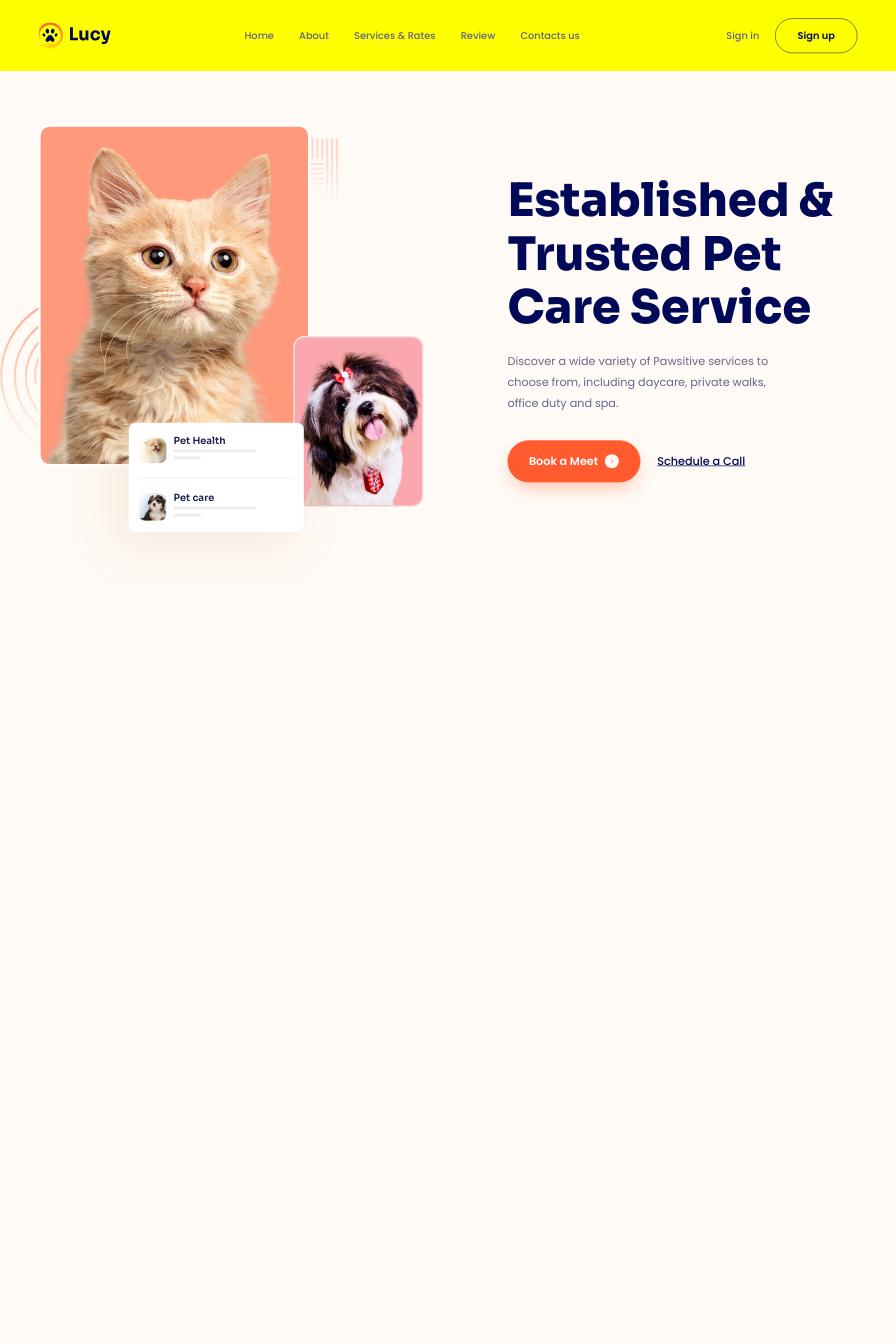
Repository: anhtien111198/f8-htmlcss-04
Page: index.html
These files come from the project's save history. The page is drawn as it stood at one moment and after the next save; the edit follows.
The browser window is 1280 px wide. The pictures show the part of the page from y = 0 to 1920 px (the page is 5000 px tall), at 70% of full size.

Above is the page before, as saved 2023-05-17 12:24:21.

### index.html
<!DOCTYPE html>
<html lang="en">
    <head>
        <meta charset="UTF-8" />
        <meta http-equiv="X-UA-Compatible" content="IE=edge" />
        <meta name="viewport" content="width=device-width, initial-scale=1.0" />
        <title>Lucy - Established &amp Trusted Pet Care Service</title>
        <!-- favicon -->
        <link
            rel="apple-touch-icon"
            sizes="57x57"
            href="./assets/favicon/apple-icon-57x57.png"
        />
        <link
            rel="apple-touch-icon"
            sizes="60x60"
            href="./assets/favicon/apple-icon-60x60.png"
        />
        <link
            rel="apple-touch-icon"
            sizes="72x72"
            href="./assets/favicon/apple-icon-72x72.png"
        />
        <link
            rel="apple-touch-icon"
            sizes="76x76"
            href="./assets/favicon/apple-icon-76x76.png"
        />
        <link
            rel="apple-touch-icon"
            sizes="114x114"
            href="./assets/favicon/apple-icon-114x114.png"
        />
        <link
            rel="apple-touch-icon"
            sizes="120x120"
            href="./assets/favicon/apple-icon-120x120.png"
        />
        <link
            rel="apple-touch-icon"
            sizes="144x144"
            href="./assets/favicon/apple-icon-144x144.png"
        />
        <link
            rel="apple-touch-icon"
            sizes="152x152"
            href="./assets/favicon/apple-icon-152x152.png"
        />
        <link
            rel="apple-touch-icon"
            sizes="180x180"
            href="./assets/favicon/apple-icon-180x180.png"
        />
        <link
            rel="icon"
            type="image/png"
            sizes="192x192"
            href="./assets/favicon/android-icon-192x192.png"
        />
        <link
            rel="icon"
            type="image/png"
            sizes="32x32"
            href="./assets/favicon/favicon-32x32.png"
        />
        <link
            rel="icon"
            type="image/png"
            sizes="96x96"
            href="./assets/favicon/favicon-96x96.png"
        />
        <link
            rel="icon"
            type="image/png"
            sizes="16x16"
            href="./assets/favicon/favicon-16x16.png"
        />
        <link rel="manifest" href="./assets/favicon/manifest.json" />
        <meta name="msapplication-TileColor" content="#ffffff" />
        <meta
            name="msapplication-TileImage"
            content="./assets/favicon/ms-icon-144x144.png"
        />
        <meta name="theme-color" content="#ffffff" />
        <!-- reset css-->
        <link rel="stylesheet" href="./assets/css/reset.css" />
        <!-- Embed font family-->
        <link rel="preconnect" href="https://fonts.googleapis.com" />
        <link rel="preconnect" href="https://fonts.gstatic.com" crossorigin />
        <link
            href="https://fonts.googleapis.com/css2?family=Poppins:wght@300;400;500;600&family=Sora:wght@400;500;600;700;800&display=swap"
            rel="stylesheet"
        />
        <!-- style css -->
        <link rel="stylesheet" href="./assets/css/style.css" />
    </head>
    <body style="height: 5000px">
        <!-- header -->
        <header class="header">
            <div class="container">
                <div class="header__inner">
                    <!-- logo -->
                    <img src="./assets/images/logo.svg" alt="" class="logo" />
                    <!-- navbar -->
                    <nav class="navbar">
                        <ul class="navbar__list">
                            <li class="navbar__item">
                                <a href="#!" class="navbar__link">Home</a>
                            </li>
                            <li class="navbar__item">
                                <a href="#!" class="navbar__link">About</a>
                            </li>
                            <li class="navbar__item">
                                <a href="#!" class="navbar__link">
                                    Services &amp Rates
                                </a>
                            </li>
                            <li class="navbar__item">
                                <a href="#!" class="navbar__link">Review</a>
                            </li>
                            <li class="navbar__item">
                                <a href="#!" class="navbar__link">
                                    Contacts us
                                </a>
                            </li>
                        </ul>
                    </nav>
                    <!-- header action -->
                    <div class="header-action">
                        <a href="#!" class="header-action__link">Sign in</a>
                        <a href="#!" class="header-action__btn btn">Sign up</a>
                    </div>
                </div>
            </div>
        </header>
        <!-- hero -->
        <section class="hero">
            <div class="container">
                <div class="hero__inner">
                    <!-- hero media -->
                    <div class="hero__media">
                        <div class="hero__img-wrap">
                            <img
                                src="./assets/images/pet-01.png"
                                alt=""
                                class="hero__img"
                            />
                            <!-- decorators -->
                            <img
                                src="./assets/images/decor-01.svg"
                                alt=""
                                class="hero__decor hero__decor-left"
                            />
                            <img
                                src="./assets/images/decor-02.svg"
                                alt=""
                                class="hero__decor hero__decor-right"
                            />
                        </div>
                        <div class="hero__img-wrap hero__img-wrap-small">
                            <img
                                src="./assets/images/pet-02.png"
                                alt=""
                                class="hero__img hero__img-small"
                            />
                        </div>
                        <div class="hero__list">
                            <section class="hero-list-item">
                                <img
                                    src="./assets/images/pet-03.png"
                                    alt=""
                                    class="hero-list-item__thumb"
                                />
                                <div class="hero-list-item__info">
                                    <p class="hero-list-item__title">
                                        Pet Health
                                    </p>
                                    <div class="hero-list-item__skeleton"></div>
                                    <div class="hero-list-item__skeleton"></div>
                                </div>
                            </section>
                            <div class="hero-list-item__separate"></div>
                            <section class="hero-list-item">
                                <img
                                    src="./assets/images/pet-04.png"
                                    alt=""
                                    class="hero-list-item__thumb"
                                />
                                <div class="hero-list-item__info">
                                    <p class="hero-list-item__title">
                                        Pet care
                                    </p>
                                    <div class="hero-list-item__skeleton"></div>
                                    <div class="hero-list-item__skeleton"></div>
                                </div>
                            </section>
                        </div>
                    </div>
                    <!-- hero content -->
                    <section class="hero__content">
                        <h1 class="hero__heading">
                            Established &amp Trusted Pet Care Service
                        </h1>
                        <p class="hero__desc">
                            Discover a wide variety of Pawsitive services to
                            choose from, including daycare, private walks,
                            office duty and spa.
                        </p>
                        <div class="hero__row">
                            <a href="#!" class="btn btn--primary hero__cta-btn">
                                Book a Meet
                                <span class="btn__icon">
                                    <svg
                                        width="5"
                                        height="6"
                                        viewBox="0 0 5 6"
                                        fill="none"
                                        xmlns="http://www.w3.org/2000/svg"
                                    >
                                        <path
                                            d="M1.48584 0.5L3.98584 3L1.48584 5.5"
                                            stroke="#FD5056"
                                            stroke-linecap="round"
                                            stroke-linejoin="round"
                                        />
                                    </svg>
                                </span>
                            </a>
                            <a href="#!" class="hero__cta-link">
                                Schedule a Call
                            </a>
                        </div>
                    </section>
                </div>
            </div>
        </section>
    </body>
</html>

### assets/css/style.css
* {
    box-sizing: border-box;
}
:root {
    --primary-color: #ff5b2e;
}
html {
    font-size: 62.5%;
}
body {
    font-size: 1.6rem;
    font-family: "Poppins", sans-serif;
    background: #fffaf5;
}
/* ======================Common=================== */
a {
    text-decoration: none;
}
h1,
h2,
h3,
h4,
h5,
h6 {
    font-family: "Sora", sans-serif;
}
input,
textarea,
button,
select {
    font-size: inherit;
    font-family: inherit;
}
.container {
    width: 1170px;
    max-width: calc(100% - 48px);
    margin: 0 auto;
}
.btn {
    --height: 56px;
    display: inline-flex;
    align-items: center;
    justify-content: center;
    min-width: 130px;
    height: var(--height);
    line-height: var(--height);
    border: 1px solid rgba(0, 9, 88, 0.7);
    border-radius: 99px;
    font-weight: 600;
    font-size: 1.4rem;
    text-align: center;
    color: #000958;
}
.btn:hover {
    opacity: 0.9;
    cursor: pointer;
}
.btn--primary {
    color: #fff;
    background: var(--primary-color);
    border-color: var(--primary-color);
}
.btn__icon {
    display: flex;
    align-items: center;
    justify-content: center;
    margin-left: 10px;
    width: 20px;
    height: 20px;
    border-radius: 50%;
    background: #fffaf5;
}
/* ===========header============== */
.header {
    position: sticky;
    top: -26px;
    z-index: 1;
    padding: 26px 0;
    background: yellow;
}
.header__inner {
    display: flex;
    align-items: center;
    justify-content: space-between;
}
.navbar__list {
    display: flex;
}
.navbar__link,
.header-action__link {
    padding: 8px 18px;
    font-weight: 500;
    font-size: 1.4rem;
    line-height: 1;
    color: #5e6085;
}
.navbar__link:hover {
    color: #000958;
    text-shadow: 1px 0 0 currentColor;
}
.header-action__btn {
    --height: 50px;
    min-width: 118px;
}
/* =======Hero======= */
.hero {
    margin-top: 76px;
}
.hero__inner {
    display: flex;
    align-items: center;
    justify-content: space-between;
    column-gap: 120px;
}
.hero__media {
    display: flex;
    position: relative;
    padding-bottom: 94px;
}
.hero__img-wrap {
    position: relative;
    display: flex;
    align-items: flex-end;
    justify-content: center;
    width: 388px;
    height: 488px;
    background: #fe997b;
    border-radius: 16px;
    border: 3px solid #fff;
}
.hero__img {
    max-width: 100%;
    max-height: 100%;
    border-radius: inherit;
}
.hero__decor {
    position: absolute;
    z-index: -1;
}
.hero__decor-left {
    left: -58px;
    bottom: 10px;
}
.hero__decor-right {
    top: 16px;
    right: -43px;
}
.hero__img-wrap-small {
    align-self: flex-end;
    width: 186px;
    height: 244px;
    margin: 0 0 -58px -24px;
    border: 2px solid #f7dddf;
    background: #faa7ad;
}
.hero__list {
    position: absolute;
    left: 129px;
    bottom: 0;
    width: 250px;
    height: 156px;
    padding: 18px 14px;
    background: #fff;
    box-shadow: -17px 14px 68px -4px rgba(207, 174, 132, 0.25);
    border-radius: 10px;
}
.hero-list-item {
    display: flex;
}
.hero-list-item__thumb {
    width: 40px;
    height: 40px;
    border-radius: 10px;
    object-fit: cover;
}
.hero-list-item__info {
    margin-left: 10px;
}
.hero-list-item__title {
    font-family: "Sora", sans-serif;
    font-weight: 600;
    font-size: 1.4rem;
    line-height: 1;
    color: #181e52;
}
.hero-list-item__skeleton {
    margin-top: 6px;
    width: 118px;
    height: 4px;
    background: #000958;
    opacity: 0.08;
    border-radius: 10px;
}
.hero-list-item__skeleton:last-child {
    width: 39px;
}
.hero-list-item__separate {
    width: 100%;
    height: 2px;
    margin: 20px 0;
    border-radius: 99px;
    background: #f2f2f2;
}
.hero-list-item:nth-child(2) .hero-list-item__thumb {
    background: #c6e2fa;
}
.hero__heading {
    font-weight: 800;
    font-size: 6.6rem;
    line-height: 1.15;
    color: #000958;
}
.hero__desc {
    margin-top: 24px;
    max-width: 391px;
    font-weight: 400;
    font-size: 1.6rem;
    line-height: 1.88;
    color: #656689;
}
.hero__row {
    display: flex;
    align-items: center;
    margin-top: 38px;
}
.hero__cta-btn {
    --height: 60px;
    min-width: 190px;
    font-size: 1.6rem;
    box-shadow: 0px 13px 26px -8px rgba(255, 91, 46, 0.42);
}
.hero__cta-link {
    margin-left: 24px;
    font-weight: 500;
    font-size: 1.6rem;
    line-height: 1;
    text-decoration-line: underline;
    color: #000958;
}

Loaded but not shown: assets/css/reset.css (common file)

After the next save:
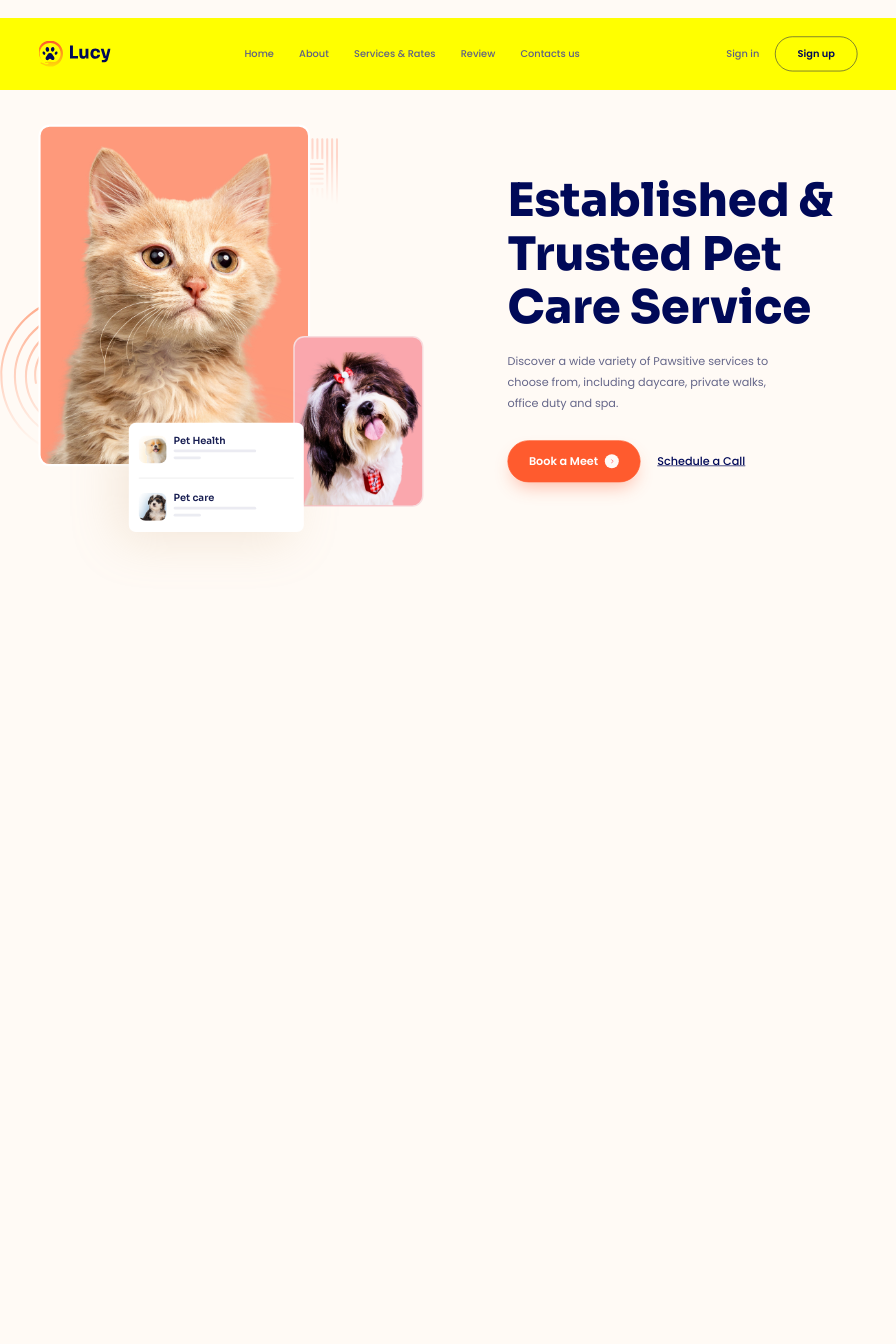
Saved 32 s later.
--- a/assets/css/style.css
+++ b/assets/css/style.css
@@ -73,7 +73,7 @@
 /* ===========header============== */
 .header {
     position: sticky;
-    top: -26px;
+    top: 26px;
     z-index: 1;
     padding: 26px 0;
     background: yellow;

After the save that followed:
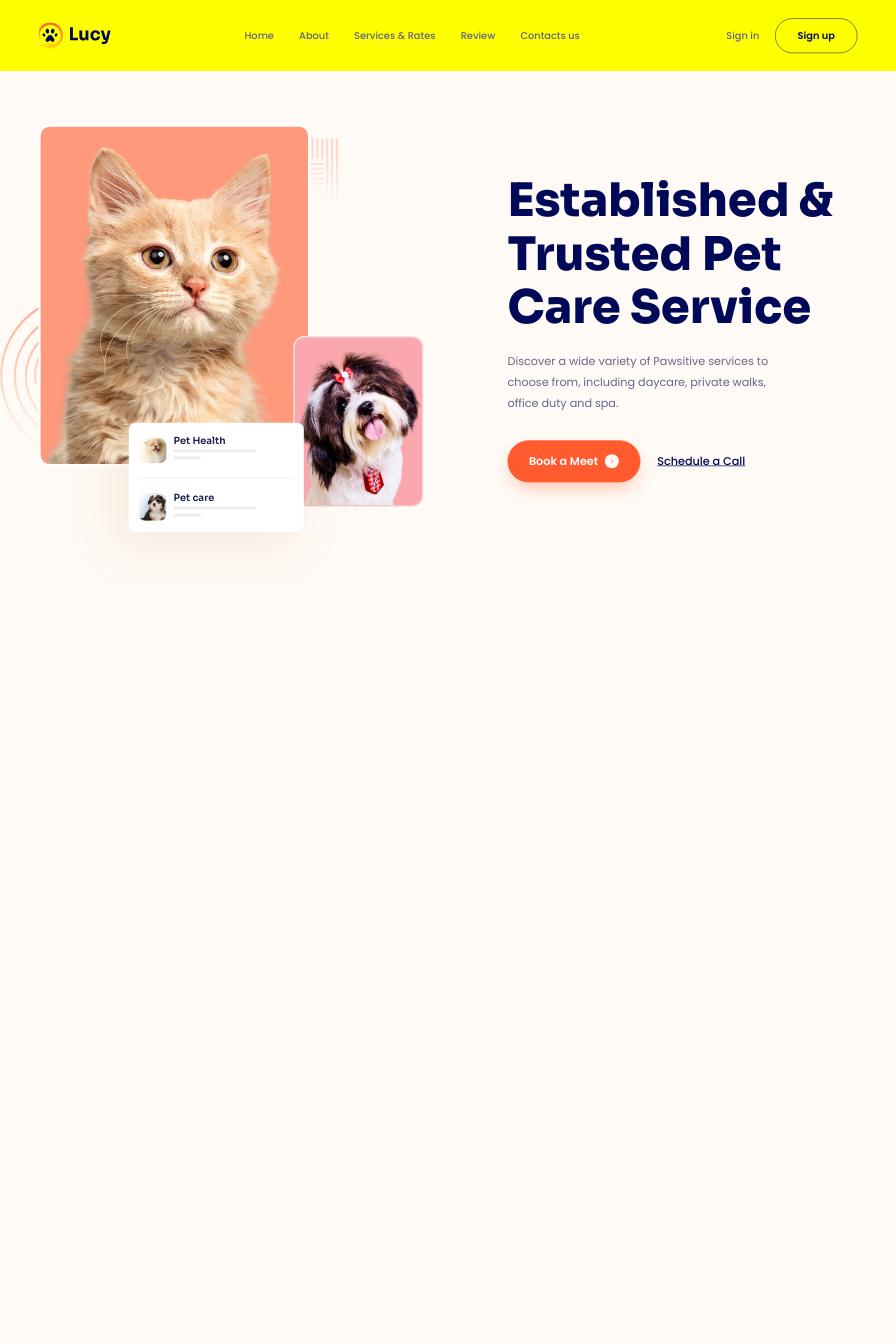
Saved 15 s later.
--- a/assets/css/style.css
+++ b/assets/css/style.css
@@ -73,7 +73,7 @@
 /* ===========header============== */
 .header {
     position: sticky;
-    top: 26px;
+    top: -52px;
     z-index: 1;
     padding: 26px 0;
     background: yellow;
